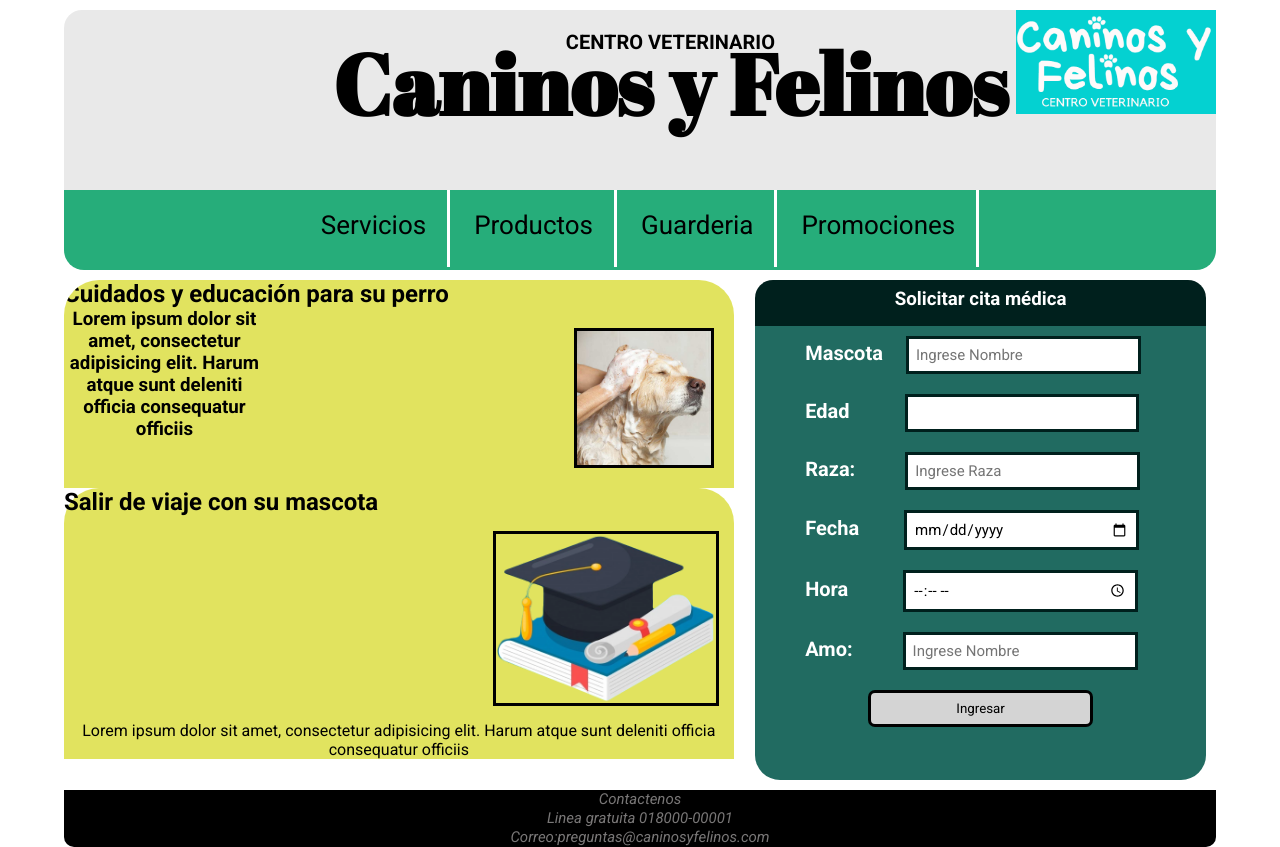
Repository: NickArregoces/Veterinaria
Page: Index.html
The author's editor kept a copy of each file at every save. The page is drawn from the files as they stood at one save, then again after the next save.
The browser window is 1280 px wide. The pictures show the whole page.

Above is the page before, as saved 2021-10-05 17:17:01.

After the next save:
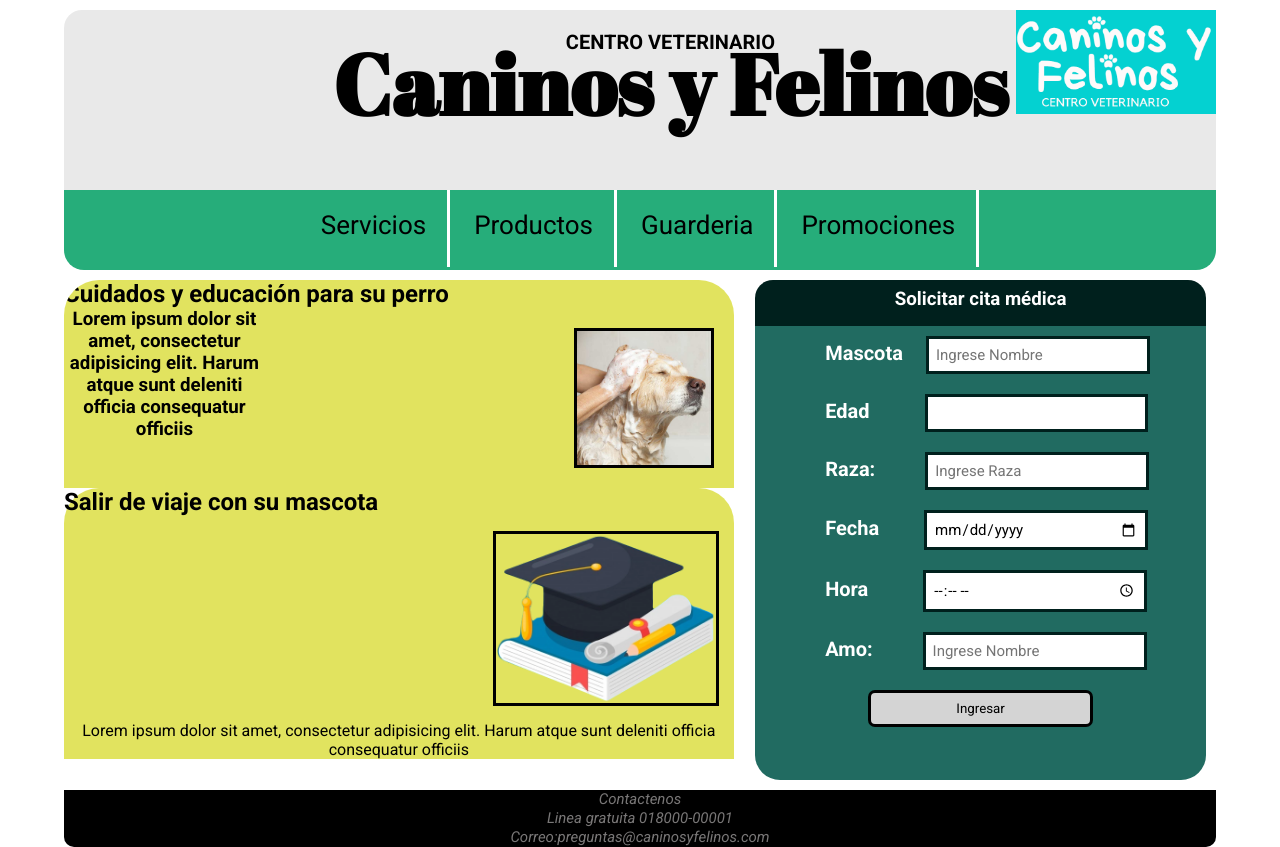
Saved 7 s later.
--- a/CSS/Style.css
+++ b/CSS/Style.css
@@ -94,7 +94,7 @@ div.navegador{
         form h4{
             font-size: 20px;
             padding: 10px;
-            margin-left: 40px;
+            margin-left: 60px;
             color: rgb(255, 255, 255);
 
         }
